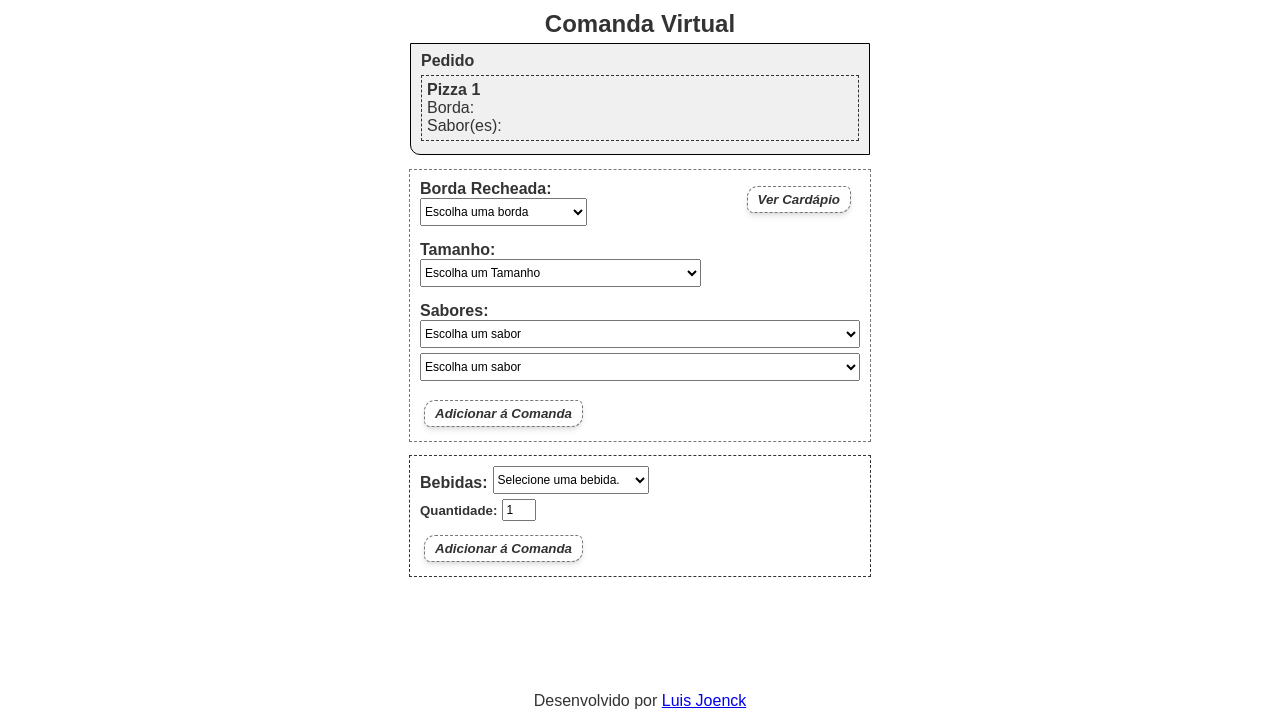
Repository: Joenck91/front-comanda-virtual
Page: index.html
An editor plug-in stored every save of this project. The page is shown before and after the next save, followed by the edit.
The browser window is 1280 px wide. The pictures show the whole page.
After loading, the first visible `form.unit-pizza-box` was submitted once.

Above is the page before, as saved 2025-10-05 14:37:52.

After the next save:
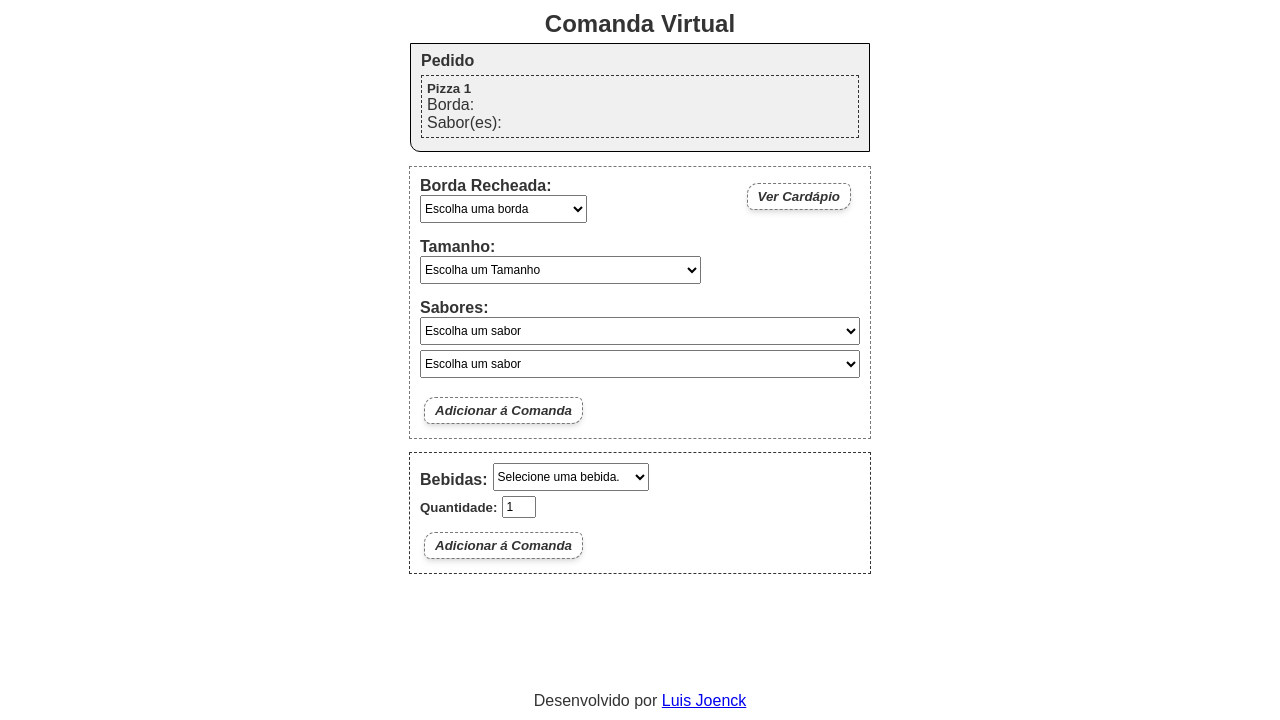
Saved 26 s later.
--- a/script/interface/command-box/show-items.js
+++ b/script/interface/command-box/show-items.js
@@ -9,7 +9,7 @@ export default function showItems(notedOrder){
         const pizzaDiv = document.createElement('div');
         pizzaDiv.classList.add('ordered-item');
         pizzaDiv.innerHTML = `
-            <h4>Pizza ${index + 1}</h4>
+            <h5>Pizza ${index + 1}</h5>
             <p><Pizza: ${pizza.pizza}</p>
             <p>Borda: ${pizza.borda}</p>
             <p>Sabor(es): ${pizza.sabores.join(', ')}</p>
@@ -22,7 +22,7 @@ export default function showItems(notedOrder){
         const drinkDiv = document.createElement('div');
         drinkDiv.classList.add('ordered-item');
         drinkDiv.innerHTML = `
-            <h4>Bebida ${index + 1}</h4>
+            <h5>Bebida ${index + 1}</h5>
             <p>ipo: ${drink.bebida}</p>
             <p>Quantidade:< ${drink.quantidadeBebida}</p>
         `;
